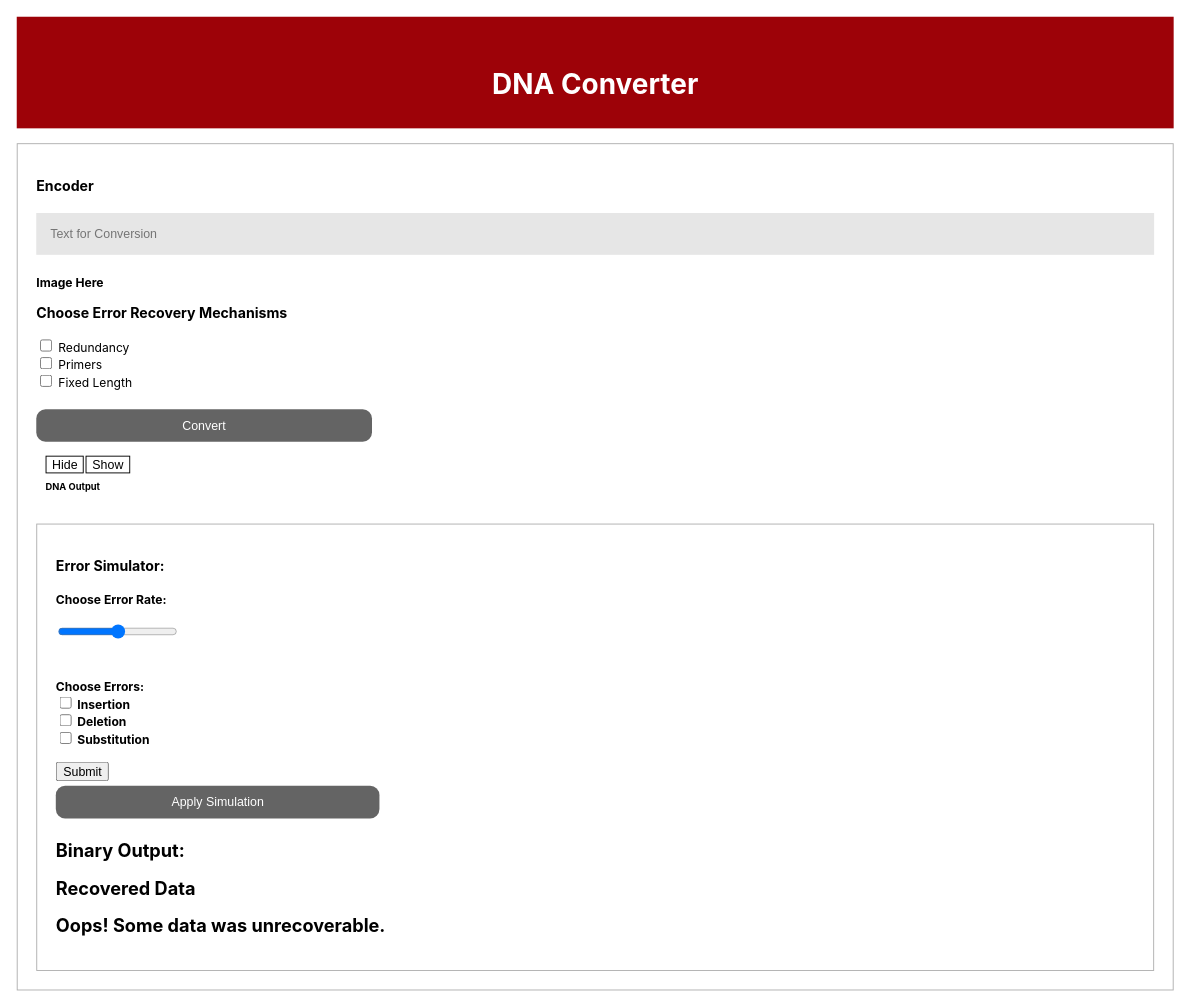
Repository: komalharjani/MSc-Thesis-DNA-Storage
Page: index.html
An editor plug-in stored every save of this project. The page is shown before and after the next save, followed by the edit.
The browser window is 1280 px wide. The pictures show the whole page, at 93% of full size.

Above is the page before, as saved 2020-08-16 22:41:15.

### index.html
<!DOCTYPE html>
<html lang="en">

<head>
    <link href="index.css" rel="stylesheet">
    <meta charset="UTF-8">
    <meta name="viewport" content="width=device-width, initial-scale=1.0">
    <title>Document</title>
    <script src="https://ajax.googleapis.com/ajax/libs/jquery/3.5.1/jquery.min.js"></script>
</head>

<body>
    <div id="LoginPage">
        <div class="header"><br>
            <h2> DNA Converter </h2>
        </div><br>

        <div class="loginContainer">
            <h3>Encoder</h3>
            <input type="text" placeholder="Text for Conversion" id="textToConvert" required class="input">
            <label for="text"><b>Image Here</b></label>
            <h3>Choose Error Recovery Mechanisms</h3>
            <form>
                <input type="checkbox" id="vehicle1" name="vehicle1" value="Bike">
                <label for="vehicle1"> Redundancy </label><br>
                <input type="checkbox" id="vehicle2" name="vehicle2" value="Car">
                <label for="vehicle2"> Primers </label><br>
                <input type="checkbox" id="vehicle3" name="vehicle3" value="Boat">
                <label for="vehicle3"> Fixed Length</label><br><br>
            </form>
            <button class="button" onclick="onSubmit()" id="submit">Convert</button><br>

            <div class="row">
                <div class="column">
                    <button class="btnn" id="hide">Hide</button>
                <button class="btnn" id="show">Show</button>
                  <h2>DNA Output</h2>
                  <p id="dnaOutput"></p>
            </div>

            <script>
                $(document).ready(function(){
                  $("#hide").click(function(){
                    $("p").hide();
                  });
                  $("#show").click(function(){
                    $("p").show();
                  });
                });
                </script>

        </div><br>
        <div class="loginContainer">
            <h3>Error Simulator:</h3>
            <h4>Choose Error Rate:</h4>
            <input type="range" name="rangeInput" min="0" max="10" onchange="updateTextInput(this.value);">
            <input type="number" id="textInput" value="" class="range" max="10"><br>
            <h4>Choose Errors:</h4<br>
                <form>
                    <input type="checkbox" id="vehicle1" name="vehicle1" value="Bike">
                    <label for="vehicle1"> Insertion </label><br>
                    <input type="checkbox" id="vehicle2" name="vehicle2" value="Car">
                    <label for="vehicle2"> Deletion </label><br>
                    <input type="checkbox" id="vehicle3" name="vehicle3" value="Boat">
                    <label for="vehicle3"> Substitution </label><br><br>
                    <input type="submit" value="Submit">
                </form>
                <button class="button" onclick="" id="error">Apply Simulation</button><br>
                <!--Take Error Rate from On Submit-->
                <h2>Binary Output:</h2>
                <h2>Recovered Data</h2>
                <h2>Oops! Some data was unrecoverable. </h2>
        </div>
    </div>

</body>
<script src="index.js"></script>

</html>

### index.css
body {
    background-color:white;
    resize: both;
    overflow: auto;
}

.labelText {
  width: 100%;
  padding: 15px;
  margin: 5px 0 22px 0;
  display: inline-block;
  border: none;
  background: #cacaca;
}

.search {
  width: 30%;
  padding: 15px;
  margin: 5px 0 22px 0;
  display: inline-block;
  border: none;
  background: #e6e6e6;
}

.runBtn {
  background-color: #000000;
  border: 1px solid #ffffff;
  color: rgb(255, 255, 255);
  padding: 14px 20px;
  margin-top: 5px;
  margin-bottom: 5px;
  margin-right: 2px;
  margin-left: 0;
  border: none;
  cursor: pointer;
  width: 100%;
  opacity: 0.9;
  font-size: 15px;
}

#map{
  height: 400px;
  width: 100%;
}

#profile {
  border-radius: 50%;
}

.profile {
    padding: 10px;
    text-align: center;
    height: auto;
}

/* Full-width input fields */
.input {
  width: 100%;
  padding: 15px;
  margin: 5px 0 22px 0;
  display: inline-block;
  border: none;
  background: #e6e6e6;
}

.range {
  margin: 5px 0 22px 0;
  display: inline-block;
  border: none;
  text-align: right;
}

li {
  width: 100%;
  padding: 15px;
  margin: 5px 0 22px 0;
  display: inline-block;
  border: none;
  background: #cacaca;
}

ul {
  padding: 0;
}


/* Add a background color when the inputs get focus */
input[type=text]:focus, input[type=password]:focus {
  background-color: rgb(184, 184, 184);
  outline: none;
}

/* button {
  background-color: #000000;
  color: rgb(255, 255, 255);
  padding: 14px 20px;
  margin: 8px;
  border: none;
  cursor: pointer;
  width: 30%;
  opacity: 0.9;
  border-radius: 20px;
} */

.loginContainer {
  width: 100%;
  float: center;
  padding: 20px;
  border: 0.5px solid #afafaf;
  height: auto;

}

.row:after {
  content: "";
  display: table;
  clear: both;
}

.column {
  float: left;
  width: 100%;
  padding: 10px;
  height: auto;
  font-size: 5pt;
  word-break:break-all;
}

.btnn {
  color:black;
  background-color: white;
  border-color: black;
  border-style: solid;
  border-width: 1px;
}

/* Set a style for all buttons */
.button {
  color: rgb(255, 255, 255);
  padding: 10px;
  width: 100%;
  border-radius: 10px;
}

.button {
  background-color: rgb(100, 100, 100);
  color: rgb(255, 255, 255);
  padding: 10px;
  width: 30%;
  margin-top: 5px;
  margin-bottom: 5px;
  margin-right: 2px;
  margin-left: 0;
  border: none;
  border-radius: 10px;
}

button:hover {
  opacity: 0.8;
}

/* Extra styles for the cancel button */
.cancelbtn {
  padding: 14px 20px;
  background-color: whitesmoke;
}

/* Float cancel and signup buttons and add an equal width */
.cancelbtn, .signupbtn {
  float: right;
  width: 100%;
}


/* Style the horizontal ruler */
hr {
  border: 1px solid #f1f1f1;
  margin-bottom: 25px;
}

/* Change styles for cancel button and signup button on extra small screens */
@media screen and (max-width: 300px) {
  .cancelbtn, .signupbtn {
     width: 100%;
  }
}
/* OLD BELOW!!!!! */

* {
    box-sizing: border-box;
  }

  /* Add a gray background color with some padding */
  body {
    font-family: -apple-system, BlinkMacSystemFont, 'Segoe UI', Roboto, Oxygen, Ubuntu, Cantarell, 'Open Sans', 'Helvetica Neue', sans-serif;
    padding: 10px;
    background: #ffffff;
    font-size: 13px;
  }
  table {
    font-family: arial, sans-serif;
    border-collapse: collapse;
    width: 100%;
  }

  td, th {
    border: 1px solid #dddddd;
    text-align: left;
    padding: 8px;
  }

  tr:nth-child(even) {
    background-color: #dddddd;
  }
  /* Header Title */
  .header {
    padding: 5px;
    font-size: 20px;
    text-align: center;
    background: #9d0208;
    color: white;
  }

  .login {
    width:300px;
    height:500px;
    position: fixed;
    top: 50%;
    left: 50%;
    margin-top: -125px;
    margin-left: -150px;
  }

  /* Split Screen into Columns */

  .rightcolumn {
    float: right;
    width: 50%;
    padding: 10px;
  }

  .leftcolumn {
    float: left;
    width: 20%;
    padding: 10px;
    background-color: rgb(255, 255, 255);
  }

  .left {
    float: right;
    width: 50%;
    background-color: rgb(255, 255, 255);
  }

  .right {
    float: right;
    width: 50%;
    background-color: rgb(255, 255, 255);
  }

  .centercolumn {
    float: left;
    width: 80%;
    padding: 10px;
    background-color: rgb(255, 255, 255);
  }

  .title {
    color: grey;
    font-size: 18px;
  }

  .rightcolumn {
    float: left;
    width: 30%;
    padding: 10px;
    background-color: rgb(255, 255, 255);
  }

  .box {
    background-color: rgb(255, 255, 255);
    width: 100%;
    padding: 15px;
  }


  .card {
     background-color: whitesmoke;
     padding: 15px;
  }

  .row:after {
    content: "";
    display: table;
    clear: both;
  }

  /* Footer */
  .footer {
    padding: 20px;
    text-align: center;
    background: #ddd;
    margin-top: 20px;
  }

  /* Responsive layout - when the screen is less than 800px wide, make the two columns stack on top of each other instead of next to each other */
  @media screen and (max-width: 800px) {
    .leftcolumn, .rightcolumn {
      width: 100%;
      padding: 0;
    }
  }

  tr:nth-child(even) {
    background-color: #3b37377c;
  }

  button:hover {
    opacity:1;
  }

  /* Extra styles for the cancel button */
  .cancelbtn {
    padding: 14px 20px;
    background-color: #000000;
  }

  /* Float cancel and signup buttons and add an equal width */
  .cancelbtn, .signupbtn {
    float: right;
    width: 100%;
  }

  .containerForm {
    width: 50%;
    float: left;
    padding: 10px;
    background-color: rgb(255, 255, 255);
  }

  /* Add padding to container elements */
  .container {
    width: 100%;
    float: left;
    padding: 10px;
    background-color: rgb(255, 255, 255);
  }

  #result {
    color: red;
  }

  .submitComment {
    background-color: white;
    color: black;
    border: 1px solid #888;
    width: 100%;
    float: right;
  }

  .submitComment :hover {
    background-color: rgb(138, 138, 138);
  }

  .readMore {
    background-color: rgb(216, 216, 216);;
    color: black;
    width: 40%;
    margin: 5px;
  }

  .logoutBtn {
    color: white;
    background-color: #9d0208 ;
    border: 1px solid rgb(255, 255, 255);
    margin: 10px;
  }

  .logoutBtn:hover {
    opacity: 0.7;
  }

  .register {
    color: black;
    background-color: white ;
    border: 1px solid rgb(255, 255, 255);
    margin: 10px;
    opacity: 0.8;
  }

  .register:hover {
    opacity: 1;
  }

  .runPostsStyle {
    background-color: rgb(255, 255, 255);
    padding: 20px;
    border-radius: 10px;
    margin-top: 20px;
    width: 100%;
    overflow: hidden;
    border: 1px solid rgb(0, 0, 0);
    columns: 2;
  }



  .commentPost {
    background-color: whitesmoke;
    padding: 20px;
    border-radius: 10px;
    margin-top: 20px;
    width: 100%;
    overflow: hidden;
  }

  .mapStyle {
    background-color: rgb(94, 0, 0);
    border-radius: 10px;
    width: 40%;
    height: 100px;
    border:solid black;
  }

  /* The Modal (background) */
  .modal {
    display: none; /* Hidden by default */
    position: fixed; /* Stay in place */
    left: 0;
    top: 0;
    width: 100%; /* Full width */
    height: 100%; /* Full height */
    overflow: auto; /* Enable scroll if needed */
    background-color:rgb(255, 255, 255);
    padding: 20px;
  }

  /* Modal Content/Box */
  .modal-content {
    background-color: #ffffff;
    margin: 5% auto 15% auto; /* 5% from the top, 15% from the bottom and centered */
    border: 1px solid #888;
    width: 80%; /* Could be more or less, depending on screen size */
  }

  .postTitle {
    font-size: 20px;
    font-weight: bold;
    color: #9d0208;
  }

  .dateDisplay {
    font-size: 20px;
    font-weight: bold;
  }

  .toFrom {
    font-size: 14px;
    font-weight: bold;
  }

  /* Style the horizontal ruler */
  hr {
    border: 1px solid #f1f1f1;
    margin-bottom: 25px;
  }

  /* The Close Button (x) */
  .close {
    position: absolute;
    right: 35px;
    top: 15px;
    font-size: 40px;
    font-weight: bold;
    color: #000000;
  }

  .close:hover,
  .close:focus {
    color: #ff8484;
    cursor: pointer;
  }

  /* Clear floats */
  .clearfix::after {
    content: "";
    clear: both;
    display: table;
  }

  /* Change styles for cancel button and signup button on extra small screens */
  @media screen and (max-width: 300px) {
    .cancelbtn, .signupbtn {
       width: 100%;
    }
  }

  .dropbtn {
    background-color: #E6E6E6;
    color: rgb(85, 85, 85);
    padding: 16px;
    font-size: 16px;
    border: none;
    width: 100px;
    cursor: pointer;
  }

  .dropbtn:hover, .dropbtn:focus {
    background-color: rgb(187, 187, 187);
  }

  .dropdown {
    position: relative;
    display: inline-block;
  }

  .dropdown-content {
    display: none;
    position: absolute;
    background-color: #f1f1f1;
    min-width: 160px;
    overflow: auto;
    box-shadow: 0px 8px 16px 0px rgba(0,0,0,0.2);
    z-index: 1;
  }

  .dropdown-content a {
    color: black;
    padding: 12px 16px;
    text-decoration: none;
    display: block;
  }

  .dropdown a:hover {background-color: #ddd;}

  .show {display: block;}

Loaded but not shown: index.js (370 lines, source omitted)

After the next save:
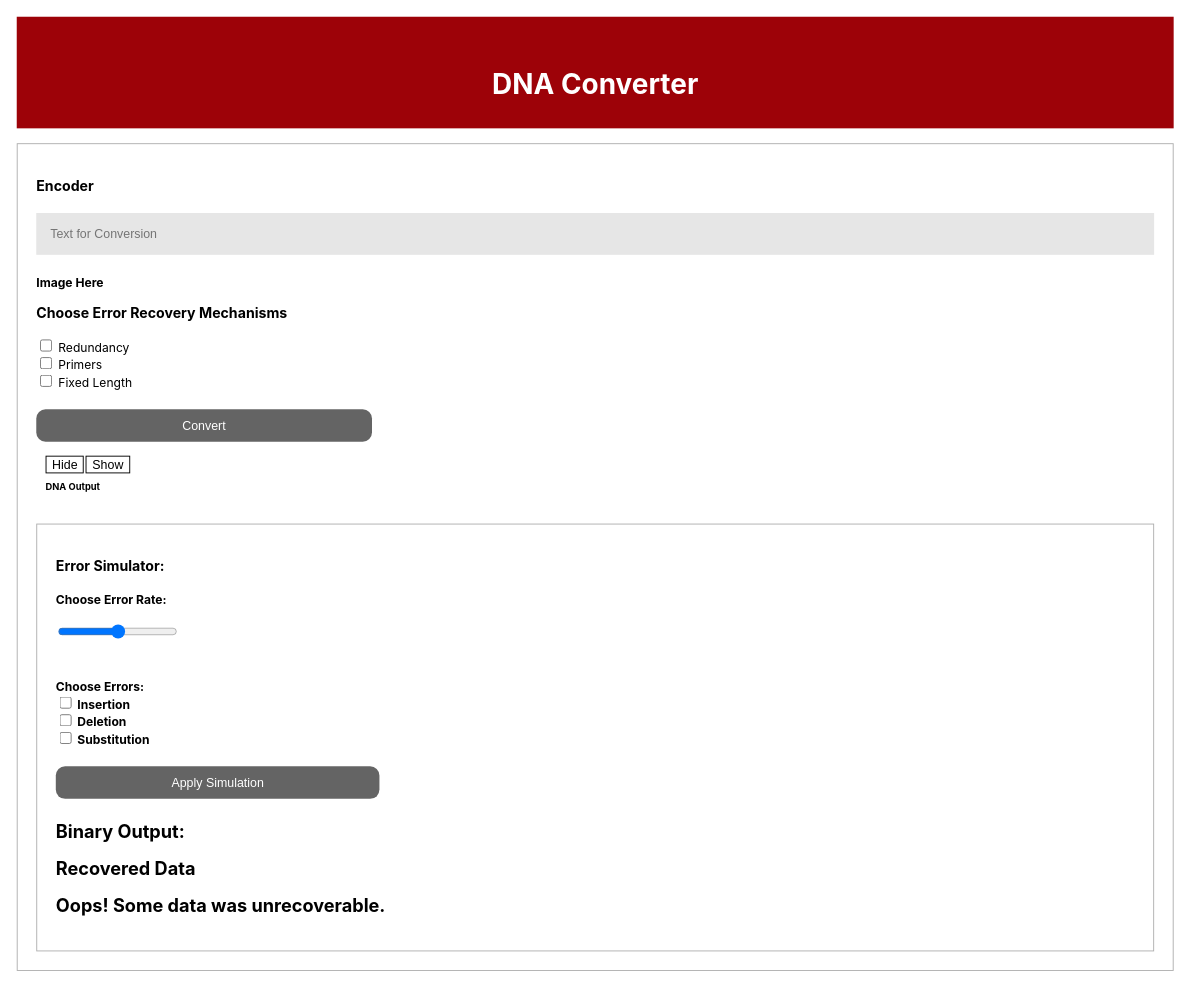
Saved 5 s later.
--- a/index.html
+++ b/index.html
@@ -63,7 +63,6 @@
                     <label for="vehicle2"> Deletion </label><br>
                     <input type="checkbox" id="vehicle3" name="vehicle3" value="Boat">
                     <label for="vehicle3"> Substitution </label><br><br>
-                    <input type="submit" value="Submit">
                 </form>
                 <button class="button" onclick="" id="error">Apply Simulation</button><br>
                 <!--Take Error Rate from On Submit-->
